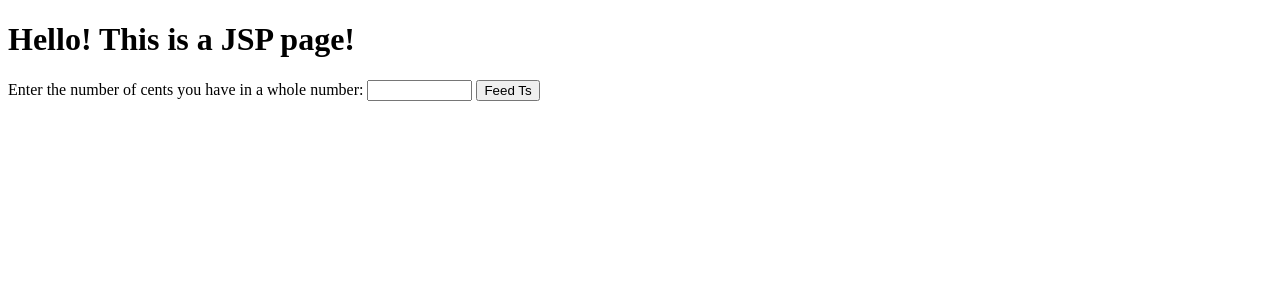
Repository: champloo2/JSPServeletCIS175
Page: http://localhost/TFeeder/bugCalc.jsp
These files come from the project's save history. The page is drawn as it stood at one moment and after the next save; the edit follows.
The browser window is 1280 px wide. The pictures show the whole page.
The page is served by Tomcat 9. Other server files are loaded and not shown.

Above is the page before, as saved 2020-02-11 23:17:29.

### TFeeder/WebContent/bugCalc.jsp
<%@ page language="java" contentType="text/html; charset=ISO-8859-1"
    pageEncoding="ISO-8859-1"%>
<!DOCTYPE html>
<html>

<head>
<meta charset="ISO-8859-1">
<title>T FEEDER PAGE</title>
</head>
<body>
<h1>Hello! This is a JSP page!</h1>
<form action="getCentsServlet" method="post">
Enter the number of cents you have in a whole number:
<input type="text" name="tFeeder" size="10">
<input type="submit" value="Feed Ts" />
</form>
</body>
</html>

After the next save:
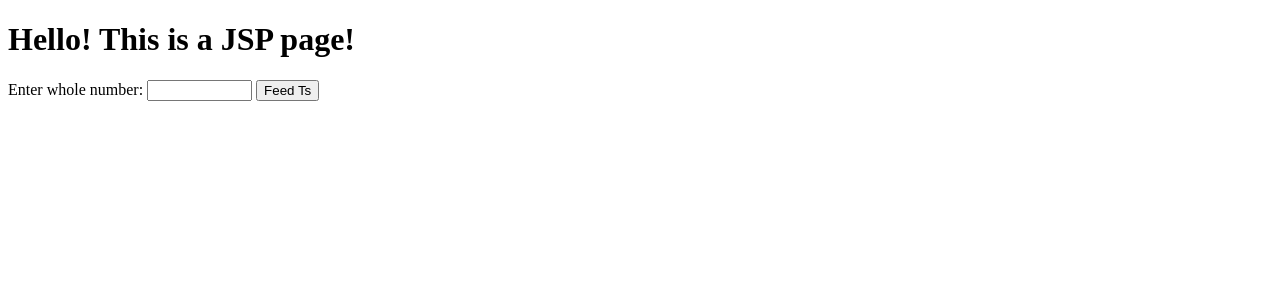
Saved 59 s later.
--- a/TFeeder/WebContent/bugCalc.jsp
+++ b/TFeeder/WebContent/bugCalc.jsp
@@ -10,7 +10,7 @@
 <body>
 <h1>Hello! This is a JSP page!</h1>
 <form action="getCentsServlet" method="post">
-Enter the number of cents you have in a whole number:
+Enter whole number:
 <input type="text" name="tFeeder" size="10">
 <input type="submit" value="Feed Ts" />
 </form>
